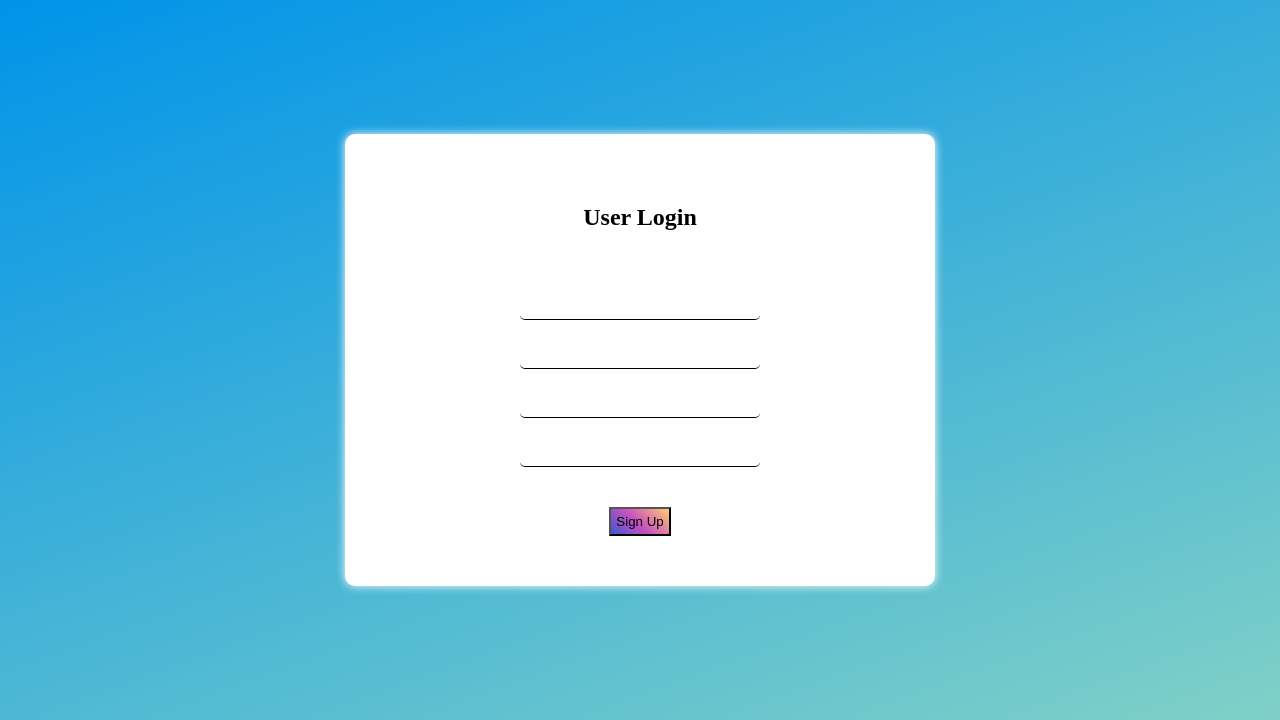
Repository: devSkhandelwal/job-search
Page: /login
The author's editor kept a copy of each file at every save. The page is drawn from the files as they stood at one save, then again after the next save.
The browser window is 1280 px wide. The pictures show the whole page.
The project was rebuilt for these pictures with package versions that can differ from the ones it lists, and the page was loaded fresh each time. Also part of the build but not shown: src/actions/jobAction.js, src/components/FormElement/ApplyForm.js, src/containers/JobDetailsContainer.js, src/containers/JobFilterContainer.js, src/components/JobItem.js, src/components/JobList.js, src/containers/JobListContainer.js.

Above is the page before, as saved 2021-05-04 09:38:43.

After the next save:
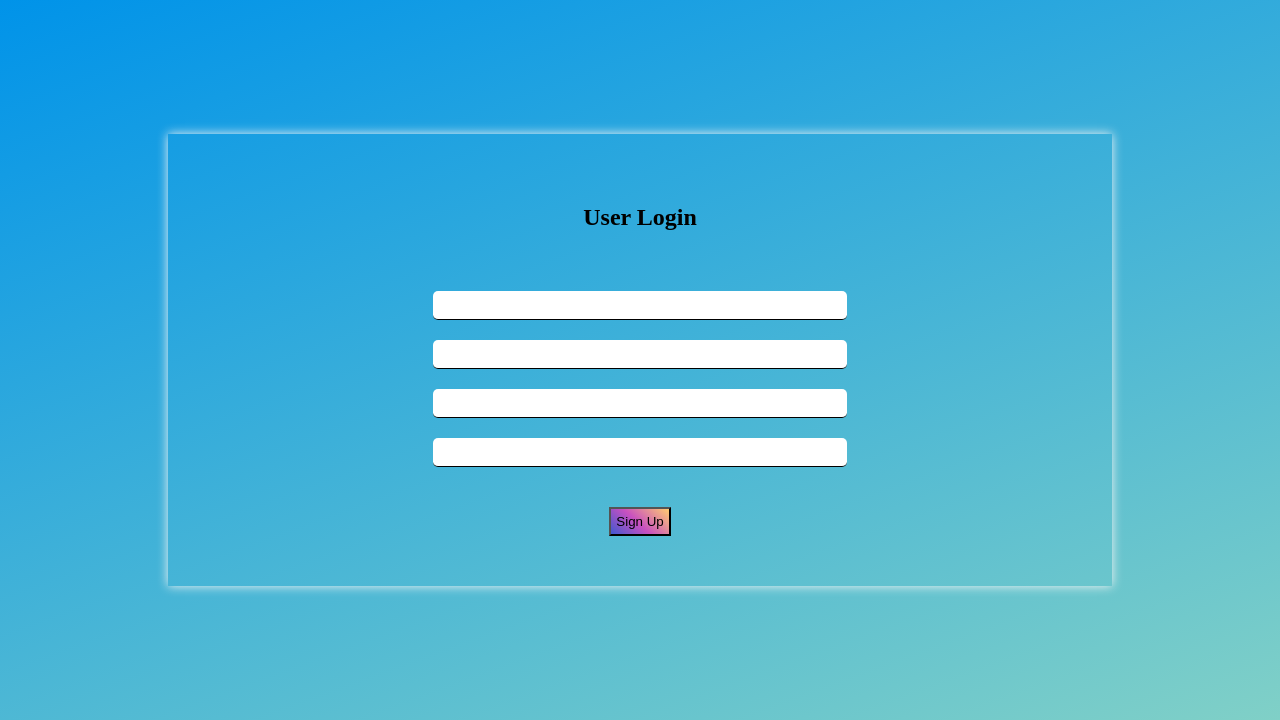
Saved 46 s later.
--- a/src/components/Card/Card.css
+++ b/src/components/Card/Card.css
@@ -1,12 +1,10 @@
 .card{
-    width: 50%;
-    box-shadow: 0px 0px 10px #fff;
-    background-color: #fff;
+    width: 80%;
+    box-shadow: 0px 0px 10px whitesmoke;
     padding: 20px 50px;
-    border-radius: 10px;
 
 }
 
 .card:hover{
-    box-shadow: 0px 0px 30px #fff;
+    box-shadow: 0px 0px 30px whitesmoke;
 }
